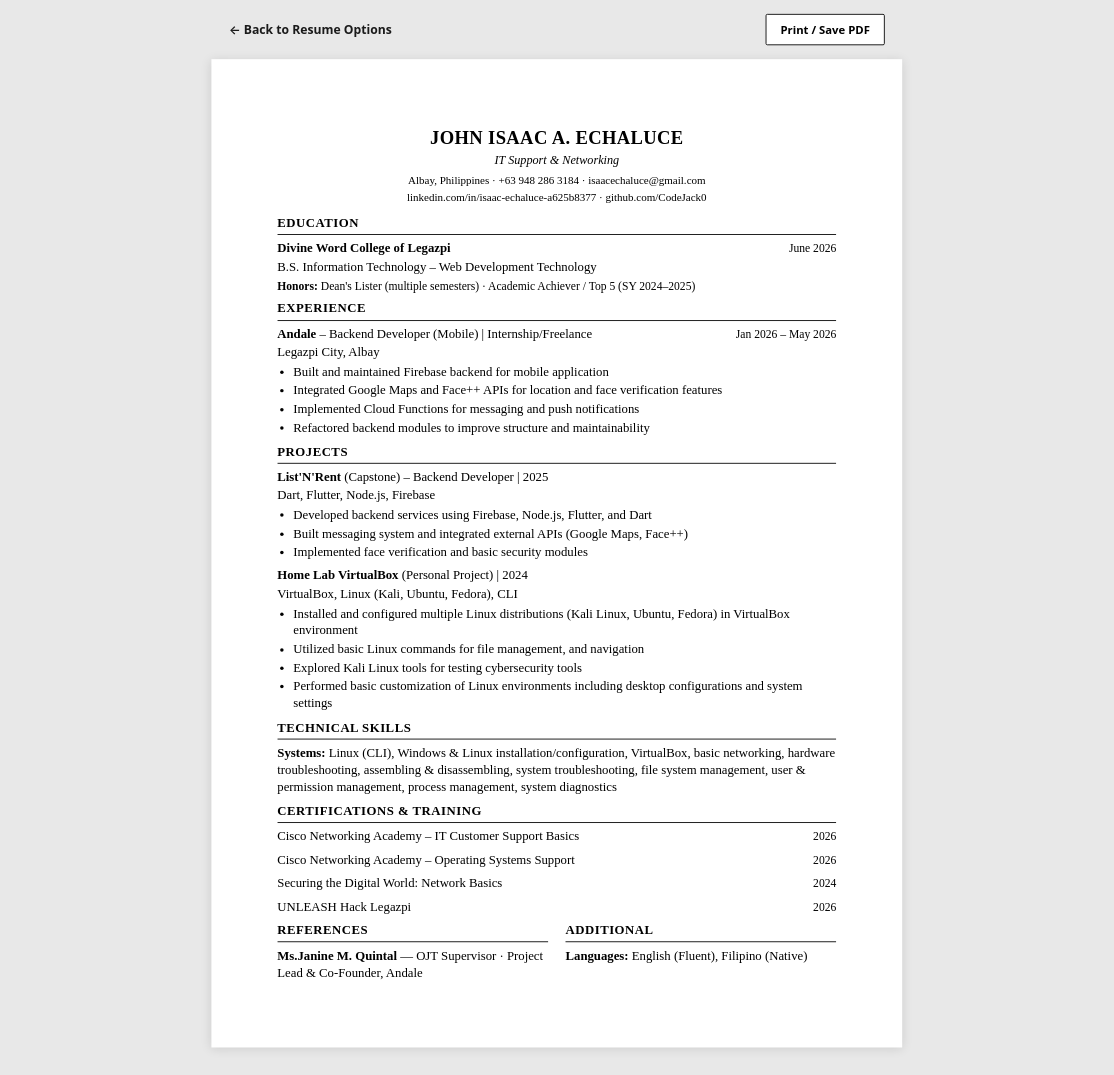
Repository: CodeJack0/Professional_Portfolio
Page: pages/resume_networking.html
These files come from the project's save history. The page is drawn as it stood at one moment and after the next save; the edit follows.
The browser window is 1280 px wide. The pictures show the whole page, at 87% of full size.

Above is the page before, as saved 2026-05-30 09:25:41.

### pages/resume_networking.html
<!DOCTYPE html>
<html lang="en">
<head>
  <meta charset="UTF-8" />
  <meta name="viewport" content="width=device-width, initial-scale=1.0" />
  <meta name="description" content="Resume / CV — John Isaac A. Echaluce, IT Graduate" />
  <title>Resume / CV — John Isaac A. Echaluce</title>
  <link rel="stylesheet" href="../css/resume.css" />
</head>
<body class="resume-page">
  <div class="resume-toolbar no-print">
    <a href="resumes.html" class="toolbar-link">← Back to Resume Options</a>
    <button type="button" class="toolbar-btn" onclick="window.print()">Print / Save PDF</button>
  </div>

  <article class="resume-document" aria-label="Resume">
    <header class="resume-header">
      <h1 class="resume-name">John Isaac A. Echaluce</h1>
      <p class="resume-tagline">IT Support &amp; Networking</p>
      <p class="resume-contact-line">
        Albay, Philippines · <a href="tel:+639482863184">+63 948 286 3184</a> ·
        <a href="mailto:isaacechaluce@gmail.com">isaacechaluce@gmail.com</a>
      </p>
      <p class="resume-contact-line resume-contact-line--links">
        <a href="https://www.linkedin.com/in/isaac-echaluce-a625b8377/" rel="noopener noreferrer">linkedin.com/in/isaac-echaluce-a625b8377</a> ·
        <a href="https://github.com/CodeJack0" rel="noopener noreferrer">github.com/CodeJack0</a>
      </p>
    </header>

    <main class="resume-content">
      <section class="resume-section">
        <h2 class="resume-section-title">Education</h2>

        <div class="entry">
          <div class="entry-row">
            <span class="entry-left"><strong>Divine Word College of Legazpi</strong></span>
            <span class="entry-right">June 2026</span>
          </div>
          <div class="entry-row entry-row--sub">
            <span class="entry-left">B.S. Information Technology – Web Development Technology</span>
          </div>
          <p class="honors-line">
            <strong>Honors:</strong> Dean's Lister (multiple semesters) · Academic Achiever / Top 5 (SY 2024–2025)
          </p>
        </div>
      </section>

      <section class="resume-section">
        <h2 class="resume-section-title">Experience</h2>

        <div class="entry">
          <div class="entry-row">
            <span class="entry-left"><strong>Andale</strong> – Backend Developer (Mobile) | Internship/Freelance</span>
            <span class="entry-right">Jan 2026 – May 2026</span>
          </div>
          <div class="entry-row entry-row--sub">
            <span class="entry-left">Legazpi City, Albay</span>
          </div>
          <ul class="resume-list">
            <li>Built and maintained Firebase backend for mobile application</li>
            <li>Integrated Google Maps and Face++ APIs for location and face verification features</li>
            <li>Implemented Cloud Functions for messaging and push notifications</li>
            <li>Refactored backend modules to improve structure and maintainability</li>
          </ul>
        </div>
      </section>

      <section class="resume-section">
        <h2 class="resume-section-title">Projects</h2>

        <div class="entry">
          <div class="entry-row">
            <span class="entry-left"><strong>List'N'Rent</strong> (Capstone) – Backend Developer | 2025</span>
            <span class="entry-right"></span>
          </div>
          <div class="entry-row entry-row--sub">
            <span class="entry-left">Dart, Flutter, Node.js, Firebase</span>
          </div>
          <ul class="resume-list">
            <li>Developed backend services using Firebase, Node.js, Flutter, and Dart</li>
            <li>Built messaging system and integrated external APIs (Google Maps, Face++)</li>
            <li>Implemented face verification and basic security modules</li>
          </ul>
        </div>

        <div class="entry">
          <div class="entry-row">
            <span class="entry-left"><strong>Home Lab VirtualBox</strong> (Personal Project) | 2024</span>
            <span class="entry-right"></span>
          </div>
          <div class="entry-row entry-row--sub">
            <span class="entry-left">VirtualBox, Linux (Kali, Ubuntu, Fedora), CLI</span>
          </div>
          <ul class="resume-list">
            <li>Installed and configured multiple Linux distributions (Kali Linux, Ubuntu, Fedora) in VirtualBox environment</li>
            <li>Utilized basic Linux commands for  file management, and navigation</li>
            <li>Explored Kali Linux tools for testing cybersecurity tools</li>
            <li>Performed basic customization of Linux environments including desktop configurations and system settings</li>
          </ul>
        </div>


      <section class="resume-section">
        <h2 class="resume-section-title">Technical Skills</h2>
        <p class="skills-line"><strong>Systems:</strong> Linux (CLI), Windows &amp; Linux installation/configuration, VirtualBox, basic networking, hardware troubleshooting, assembling &amp; disassembling, system troubleshooting, file system management, user &amp; permission management, process management, system diagnostics</p>
      </section>

      <section class="resume-section">
        <h2 class="resume-section-title">Certifications & Training</h2>

        <div class="entry entry--compact">
          <div class="entry-row">
            <span class="entry-left">Cisco Networking Academy – IT Customer Support Basics</span>
            <span class="entry-right">2026</span>
          </div>
        </div>

        <div class="entry entry--compact">
          <div class="entry-row">
            <span class="entry-left">Cisco Networking Academy – Operating Systems Support</span>
            <span class="entry-right">2026</span>
          </div>
        </div>

        <div class="entry entry--compact">
          <div class="entry-row">
            <span class="entry-left">Securing the Digital World: Network Basics</span>
            <span class="entry-right">2024</span>
          </div>
        </div>

        <div class="entry entry--compact">
          <div class="entry-row">
            <span class="entry-left">UNLEASH Hack Legazpi</span>
            <span class="entry-right">2026</span>
          </div>
        </div>
      </section>

      <section class="resume-section resume-section--combined">
        <div class="resume-two-col">
          <div>
            <h2 class="resume-section-title">References</h2>
            <p class="skills-line"><strong>Ms.Janine M. Quintal</strong> — OJT Supervisor · Project Lead &amp; Co-Founder, Andale</p>
          </div>
          <div>
            <h2 class="resume-section-title">Additional</h2>
            <p class="skills-line"><strong>Languages:</strong> English (Fluent), Filipino (Native)</p>
          </div>
        </div>
      </section>
    </main>
  </article>
</body>
</html>

### css/resume.css
/* Harvard-style resume — conservative, single column, print-first (A4) */

:root {
  --resume-page-width: 210mm;
  --resume-page-height: 297mm;
  --resume-page-margin: 20mm;
}

*,
*::before,
*::after {
  box-sizing: border-box;
}

body.resume-page {
  margin: 0;
  font-family: "Times New Roman", Times, Georgia, serif;
  font-size: 11pt;
  line-height: 1.35;
  color: #000;
  background: #e8e8e8;
  -webkit-font-smoothing: antialiased;
}

/* Toolbar (screen only) */
.resume-toolbar {
  display: flex;
  align-items: center;
  justify-content: space-between;
  max-width: var(--resume-page-width);
  margin: 0 auto;
  padding: 1rem 1.25rem;
  gap: 1rem;
  font-family: system-ui, -apple-system, sans-serif;
}

.toolbar-link {
  font-size: 0.875rem;
  font-weight: 600;
  color: #1a1a1a;
  text-decoration: none;
}

.toolbar-link:hover {
  text-decoration: underline;
}

.toolbar-btn {
  font-family: inherit;
  font-size: 0.8125rem;
  font-weight: 600;
  padding: 0.5rem 1rem;
  border: 1px solid #000;
  border-radius: 2px;
  background: #fff;
  color: #000;
  cursor: pointer;
}

.toolbar-btn:hover {
  background: #f5f5f5;
}

/* Document */
.resume-document {
  width: 100%;
  max-width: var(--resume-page-width);
  min-height: var(--resume-page-height);
  margin: 0 auto 2rem;
  padding: var(--resume-page-margin);
  background: #fff;
  box-shadow: 0 2px 12px rgba(0, 0, 0, 0.12);
}

/* Header */
.resume-header {
  text-align: center;
  margin-bottom: 0.65rem;
}

.resume-name {
  font-size: 16pt;
  font-weight: 700;
  margin: 0 0 0.25rem;
  letter-spacing: 0.02em;
  text-transform: uppercase;
}

.resume-tagline {
  margin: 0;
  font-size: 10.5pt;
  font-style: italic;
}

.resume-summary {
  margin: 0.35rem auto 0;
  max-width: 95%;
  font-size: 10pt;
  line-height: 1.4;
  text-align: center;
}

.resume-contact-line {
  margin: 0.2rem 0 0;
  font-size: 9.5pt;
  line-height: 1.45;
}

.resume-contact-line--links {
  margin-top: 0.1rem;
}

.resume-contact-line a {
  color: inherit;
  text-decoration: none;
}

.resume-contact-line a:hover {
  text-decoration: underline;
}

.honors-line {
  margin: 0.2rem 0 0;
  font-size: 10pt;
  line-height: 1.35;
}

.entry-note {
  margin: 0.15rem 0 0;
  font-size: 9.5pt;
  font-style: italic;
  line-height: 1.35;
}

/* Sections */
.resume-content {
  margin: 0;
}

.resume-section {
  margin-bottom: 0.45rem;
}

.entry--compact {
  margin-bottom: 0.2rem;
}

.resume-two-col {
  display: grid;
  grid-template-columns: 1fr 1fr;
  gap: 1.25rem;
  align-items: start;
}

.resume-two-col .resume-section-title {
  margin-top: 0;
}

.resume-section--combined {
  margin-bottom: 0;
}

.skills-line--muted {
  font-size: 9.5pt;
  font-style: italic;
}

.resume-section:last-child {
  margin-bottom: 0;
}

.resume-section-title {
  font-size: 11pt;
  font-weight: 700;
  text-transform: uppercase;
  letter-spacing: 0.04em;
  margin: 0.5rem 0 0.35rem;
  padding-bottom: 0.15rem;
  border-bottom: 1px solid #000;
}

.resume-section:first-child .resume-section-title {
  margin-top: 0;
}

/* Entries */
.entry {
  margin-bottom: 0.45rem;
}

.entry:last-child {
  margin-bottom: 0;
}

.entry-row {
  display: flex;
  justify-content: space-between;
  align-items: baseline;
  gap: 1rem;
}

.entry-row--sub {
  margin-top: 0.05rem;
}

.entry-left {
  flex: 1;
  min-width: 0;
}

.entry-right {
  flex-shrink: 0;
  white-space: nowrap;
  font-size: 10pt;
}

/* Lists */
.resume-list {
  margin: 0.2rem 0 0;
  padding-left: 1.15rem;
}

.resume-list li {
  margin-bottom: 0.1rem;
}

.resume-list--plain {
  list-style: disc;
  padding-left: 1.15rem;
}

/* Skills */
.skills-line {
  margin: 0.15rem 0 0;
}

.skills-line:first-of-type {
  margin-top: 0.1rem;
}

.resume-section--inline .skills-line {
  margin-top: 0.1rem;
}

/* Responsive */
@media (max-width: 640px) {
  .resume-document {
    min-height: auto;
    padding: 1rem;
  }

  .resume-contact-line {
    font-size: 9pt;
  }

  .entry-row {
    flex-direction: column;
    gap: 0.1rem;
  }

  .entry-right {
    white-space: normal;
  }

  .resume-two-col {
    grid-template-columns: 1fr;
    gap: 0.5rem;
  }
}

/* Print */
@media print {
  @page {
    size: A4;
    margin: 0;
  }

  body.resume-page {
    background: #fff;
    font-size: 11pt;
  }

  .no-print {
    display: none !important;
  }

  .resume-document {
    max-width: none;
    min-height: auto;
    margin: 0;
    padding: var(--resume-page-margin);
    box-shadow: none;
  }

  .resume-contact-line a {
    text-decoration: none;
  }

  .entry,
  .resume-section {
    break-inside: avoid;
  }
}

After the next save:
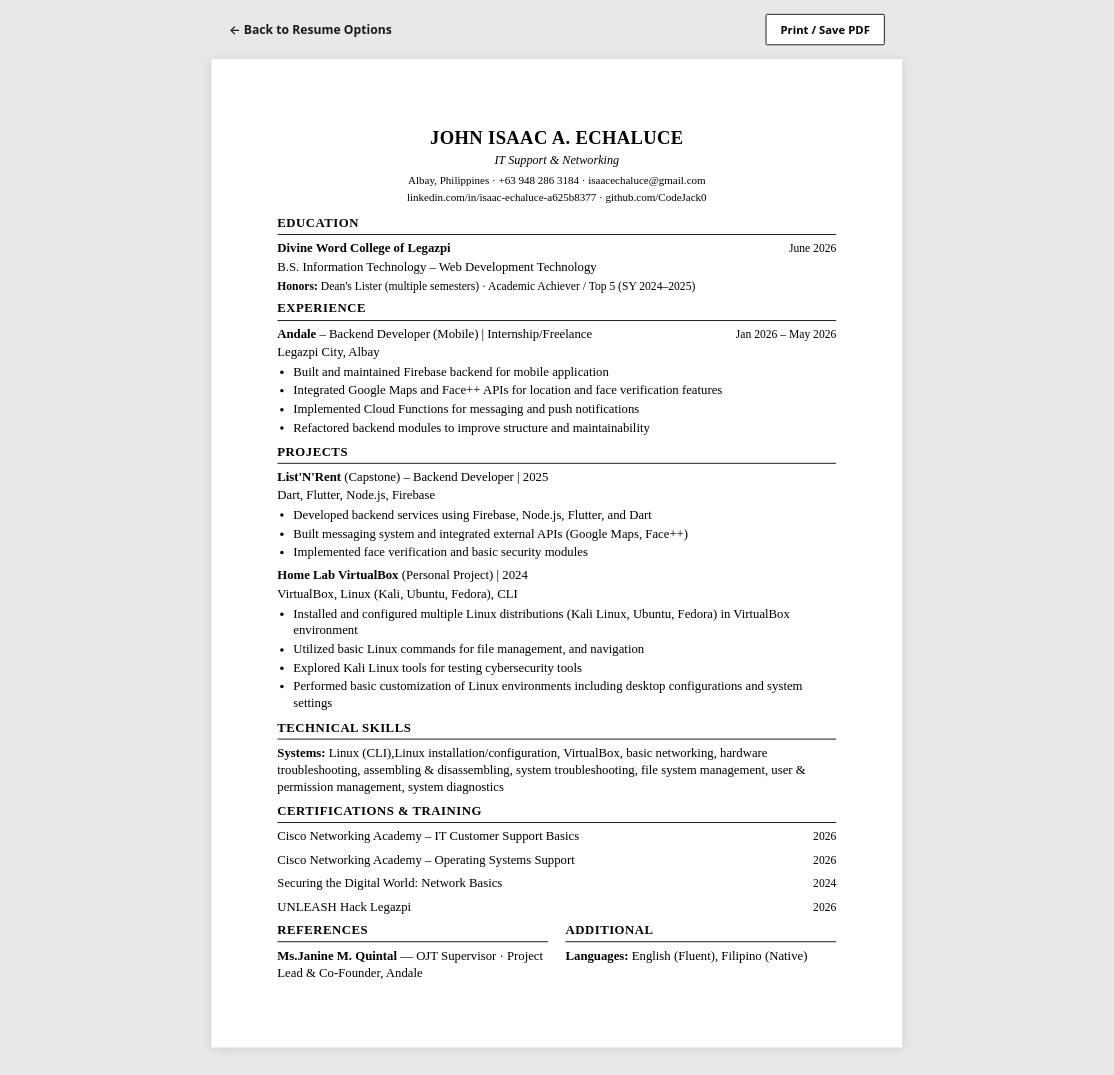
Saved 49 s later.
--- a/pages/resume_networking.html
+++ b/pages/resume_networking.html
@@ -102,7 +102,7 @@
 
       <section class="resume-section">
         <h2 class="resume-section-title">Technical Skills</h2>
-        <p class="skills-line"><strong>Systems:</strong> Linux (CLI), Windows &amp; Linux installation/configuration, VirtualBox, basic networking, hardware troubleshooting, assembling &amp; disassembling, system troubleshooting, file system management, user &amp; permission management, process management, system diagnostics</p>
+        <p class="skills-line"><strong>Systems:</strong> Linux (CLI),Linux installation/configuration, VirtualBox, basic networking, hardware troubleshooting, assembling &amp; disassembling, system troubleshooting, file system management, user &amp; permission management, system diagnostics</p>
       </section>
 
       <section class="resume-section">
